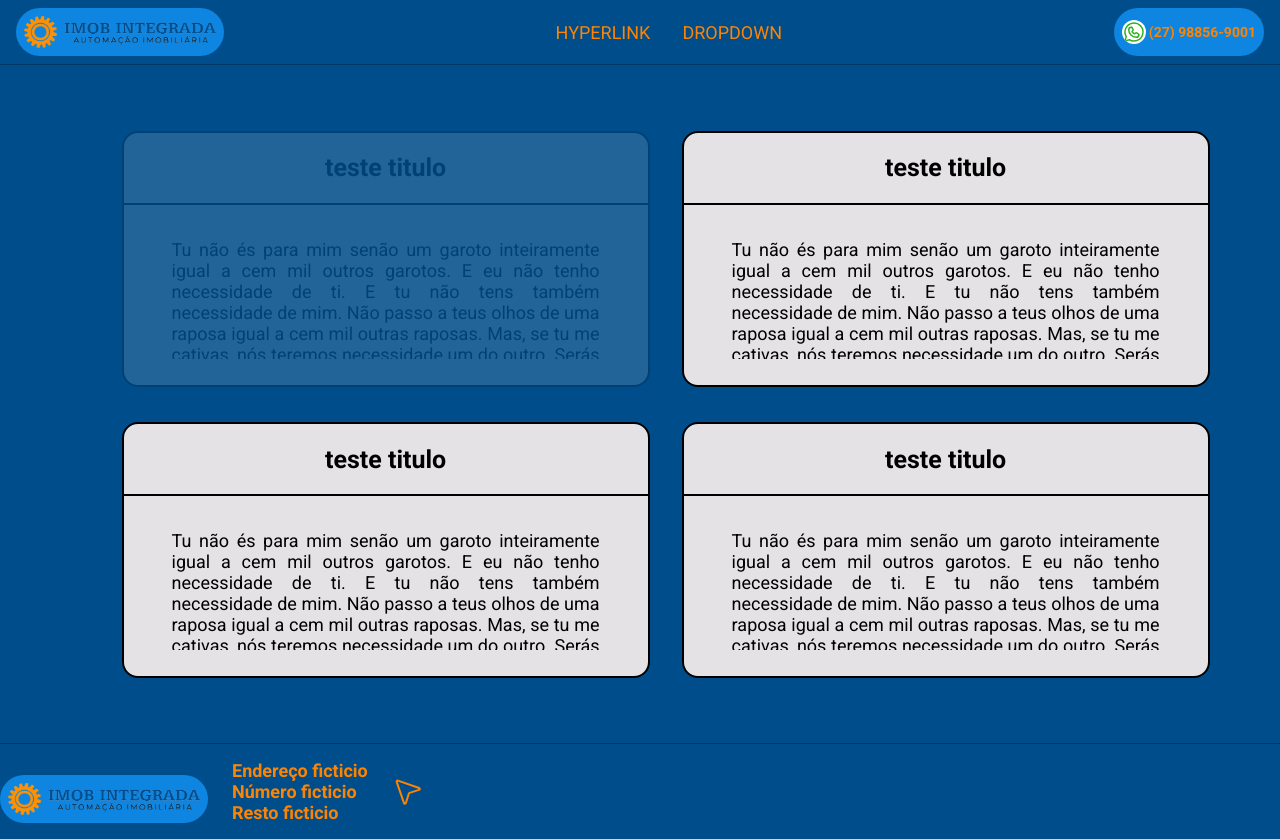
Repository: K0slov/testeAPI
Page: /
These files come from the project's save history. The page is drawn as it stood at one moment and after the next save; the edit follows.
The browser window is 1280 px wide. The pictures show the whole page.
The pointer rests on the first visible `.click`.
The project was rebuilt for these pictures with package versions that can differ from the ones it lists, and the page was loaded fresh each time. Also part of the build but not shown: vite.config.ts.

Above is the page before, as saved 2022-06-27 20:58:53.

### index.html
<!DOCTYPE html>
<html lang="en">
  <head>
    <meta charset="UTF-8" />
    <link rel="icon" type="image/svg+xml" href="/src/favicon.svg" />
    <meta name="viewport" content="width=device-width, initial-scale=1.0" />
    <link rel="preconnect" href="https://fonts.googleapis.com" />
    <link rel="preconnect" href="https://fonts.gstatic.com" crossorigin />
    <link href="https://fonts.googleapis.com/css2?family=Roboto:wght@400;500;700&display=swap" rel="stylesheet" />
    <title>Teste Imob</title>
  </head>
  <body>
    <div id="root"></div>
    <script type="module" src="/src/main.tsx"></script>
  </body>
</html>

### src/App.tsx
import { CardsGroup } from "./components/CardsGroup/cardsGroup"
import { Footer } from "./components/Footer/footer"
import { Header } from "./components/Header/header"


function App() {
  return (
    <>
      <Header />
      <CardsGroup />
      <Footer />
    </>
  )
}

export default App

### src/styles/global.css
body {
  width: 100%;
  height: 100%;
  margin: 0;
  font-family: 'Roboto', sans-serif;
  font-size: 18px;
  -webkit-font-smoothing: antialiased;
  -moz-osx-font-smoothing: grayscale;
  background-color: #004d8b;
  color: white;
}
code {
  font-family: source-code-pro, Menlo, Monaco, Consolas, 'Courier New',
    monospace;
}

### src/components/CardsGroup/cardsGroup.tsx
import { Card } from '../Card/card'
import './style.css'

export function CardsGroup() {
    return (
        <div className="group">
            <div className="double">
                <Card />
                <Card />
            </div>
            <div className="double">
                <Card />
                <Card />
            </div>
        </div>
    )
}

### src/components/Footer/footer.tsx
import './style.css'
import image from '../../assets/logoLaranja.png'
import { NavigationArrow } from 'phosphor-react'

export function Footer() {
    return (
        <footer>
            <img src={image} />
            <a className='adressLink' href='' target='_blank'>
                <div className='adress'>
                    <span>Endereço ficticio</span>
                    <span>Número ficticio</span>
                    <span>Resto ficticio</span>
                </div>
                <NavigationArrow size={32} />
            </a>
        </footer>
    )
}

### src/components/Header/header.tsx
import './style.css'
import image from '../../assets/logoLaranja.png'
import { WhatsappLogo } from "phosphor-react";

export function Header() {
    return(
        <header className='header'>
            <img className='img' src={image} />

            <nav className="menu">
                <a className="menu-item" href=" ">HYPERLINK</a>
                <a className="menu-item" href=" ">DROPDOWN</a>
            </nav>

            <a className="wppLink" href="">
                <div className="wpp">
                    <WhatsappLogo className="icon" size={24} color="#34af23" />
                    <p className="number">(27) 98856-9001</p>
                </div>
            </a>
        </header>
    )
}

### src/components/Card/card.tsx
import './style.css'

export function Card() {
    return (
        <a className="click" href='#' target='_blank'>
            <div className="card">
                <div className='titulo'>
                    <h2>teste titulo</h2>
                </div>
                <div className='conteudo'>
                    <p className='conteudoText'>Tu não és para mim senão um garoto inteiramente igual a cem mil outros garotos. E eu não tenho necessidade de ti. E tu não tens também necessidade de mim. Não passo a teus olhos de uma raposa igual a cem mil outras raposas. Mas, se tu me cativas, nós teremos necessidade um do outro. Serás pra mim o único no mundo. E eu serei para ti a única no mundo…</p>
                </div>
            </div>
        </a>
    )
}

### src/components/CardsGroup/style.css
.group {
    padding: 1rem;
    margin: 2rem 3rem;
    width: auto;
    height: auto;
    display: flex;
    flex-direction: column;
    margin-left: 5.5rem;
}
.double {
    margin: 0.1rem;
    width: auto;
    height: auto;
    display: flex;
    flex-direction: row;
}

### src/components/Footer/style.css
footer {
    width: 100%;
    padding: 1rem 0rem;
    background-color: #004d8b;
    display: flex;
    color: #fd8402;
    bottom: 0;
    align-items: self-end;
    justify-content: flex-start;
    border-top: 1px solid;
    border-color: #023761;
}
img {
    width: 12rem;
    height: 2rem;
    background: #0e86e1;
    border-radius: 5rem;
    padding: 0.5rem;
}
.adress {
    display: flex;
    flex-direction: column;
    margin: 0rem 1.5rem;
}
.adressLink {
    text-decoration: none;
    color: #fd8402;
    font-weight: bold;
    display: flex;
    align-items: center;
    justify-content: flex-start;
}

### src/components/Header/style.css
.header{
    padding: 0.5rem 1rem;
    background-color: #004d8b;
    display: flex;
    align-items: center;
    color: #fd8402;
    justify-content: space-between;
    border-bottom: 1px solid ;
    border-color: #023761;
}
.img{
    width: 12rem;
    height: 2rem;
    background: #0e86e1;
    border-radius: 5rem;
    padding: 0.5rem;
}
.wpp {
    width: auto;
    height: 2rem;
    display: flex;
    flex-direction: row;
    background: #0e86e1;
    border-radius: 5rem;
    padding: 0.5rem;
    align-items: center;
    justify-content: flex-start;
}
.number {
    margin-left: 0.2rem;
    font-size: 14px;
}
.wppLink {
    text-decoration: none;
    color: #fd8402;
    font-weight: bold;
}
.wppLink:hover {
    color: #0e86e1;
    transition-duration: 150ms;
}
.wpp:hover {
    background: #fd8402;
    transition-duration: 150ms;
}
.menu {
    display: flex;
    justify-content: space-between;
}

.menu-item {
    margin: 0rem 1rem;
    color: #fd8402;
    text-decoration: none;
}
.menu-item:hover {
    opacity: 40%;
}
.icon {
    background: white;
    border-radius: 50%;
}

### src/components/Card/style.css
.card {
    width: 33rem;
    height: 16rem;
    display: flex;
    border: 2px solid;
    border-radius: 1rem;
    border-color: #000;
    flex-direction: column;
    background-color: #E4E2E4;
    align-items: center;
    margin: 1rem;
    box-sizing: border-box;
}
.titulo {
    border-bottom: 2px solid;
    border-color: #000;
    display: flex;
    width: 100%;
    height: auto;
    box-sizing: border-box;
    align-items: center;
    justify-content: center;
    }
.conteudo {
    padding: 1rem 3rem;
    display: flex;
    width: 100%;
    height: auto;
    box-sizing: border-box;
    align-items: center;
    justify-content: center;
}
h2 {
    color: #000;
    font-size: 25px;
}
.conteudoText {
    color: #000;
    max-width: 100ch;
    height: 120px;
    text-align: justify;
    overflow: hidden;
    text-overflow: ellipsis;
}
.click {
    text-decoration: none;
}
.click:hover {
    opacity: 15%;
}

Loaded but not shown: src/main.tsx (common file)

After the next save:
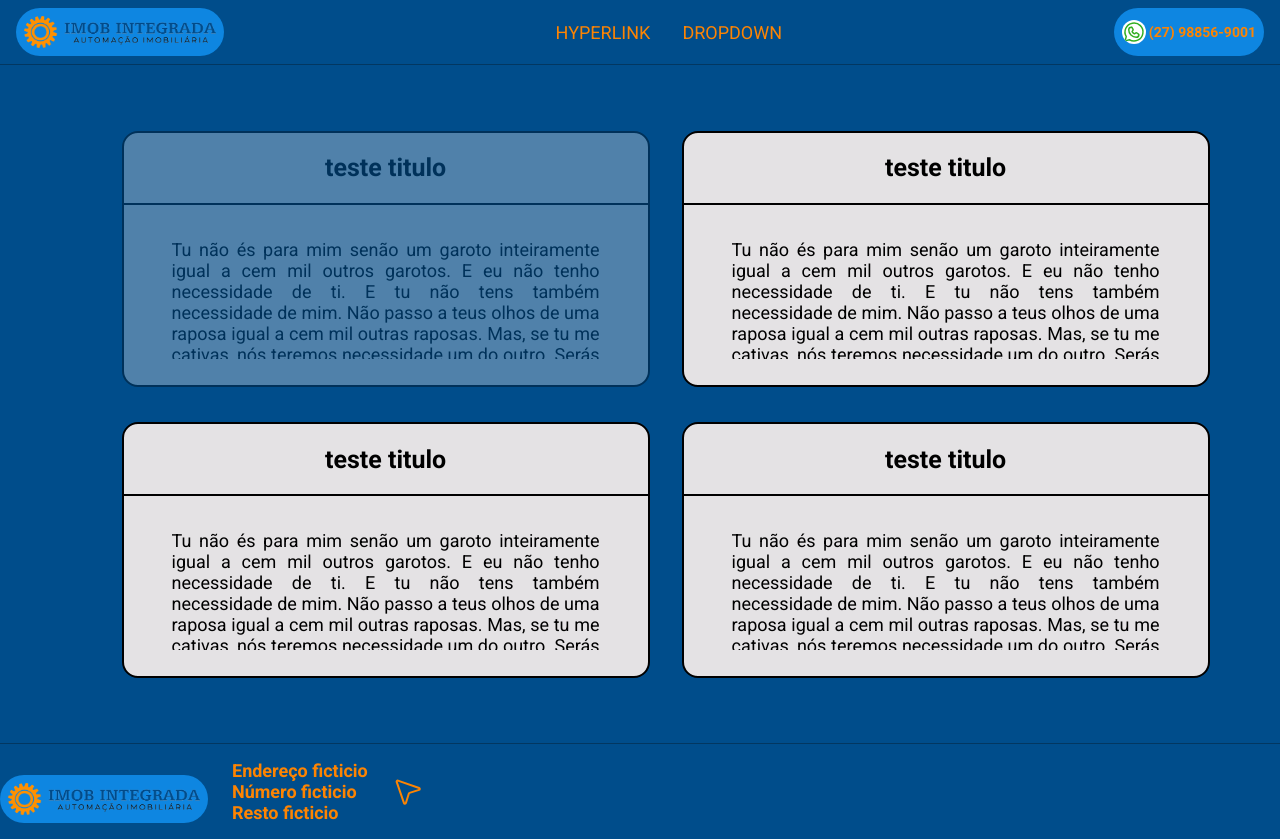
Saved 6 s later.
--- a/src/components/Card/style.css
+++ b/src/components/Card/style.css
@@ -46,5 +46,5 @@ h2 {
     text-decoration: none;
 }
 .click:hover {
-    opacity: 15%;
+    opacity: 35%;
 }
